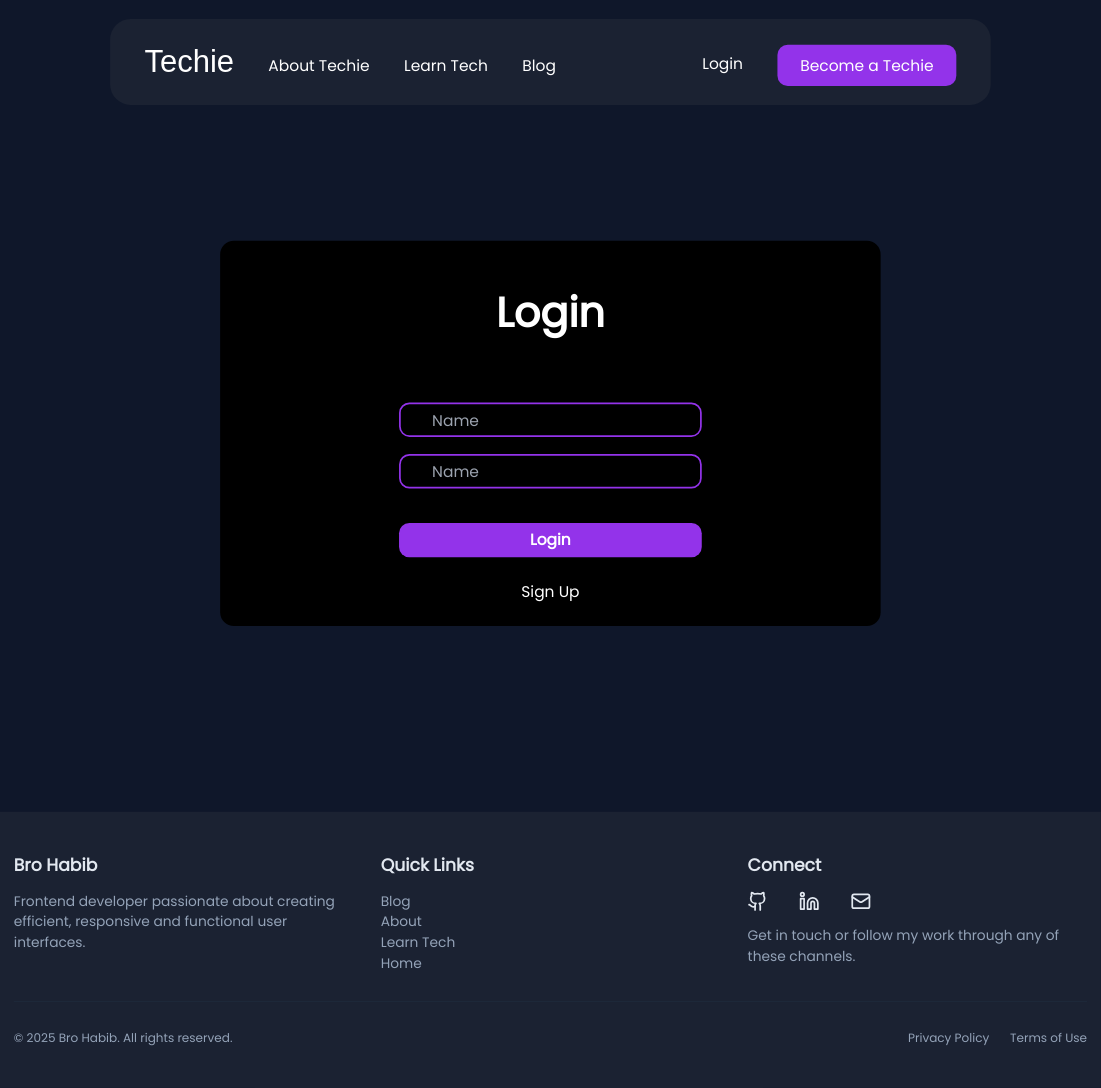
Repository: asadullah48/data-fetch
Page: /login
The author's editor kept a copy of each file at every save. The page is drawn from the files as they stood at one save, then again after the next save.
The browser window is 1280 px wide. The pictures show the whole page, at 86% of full size.
Some web fonts or font styles are not loaded; a fallback is used. The project was rebuilt for these pictures with package versions that can differ from the ones it lists, and the page was loaded fresh each time. The framework's server and built-in components were replaced by stand-ins that run in the browser. Also part of the build but not shown: next.config.mjs.

Above is the page before, as saved 2025-01-15 12:56:25.

After the next save:
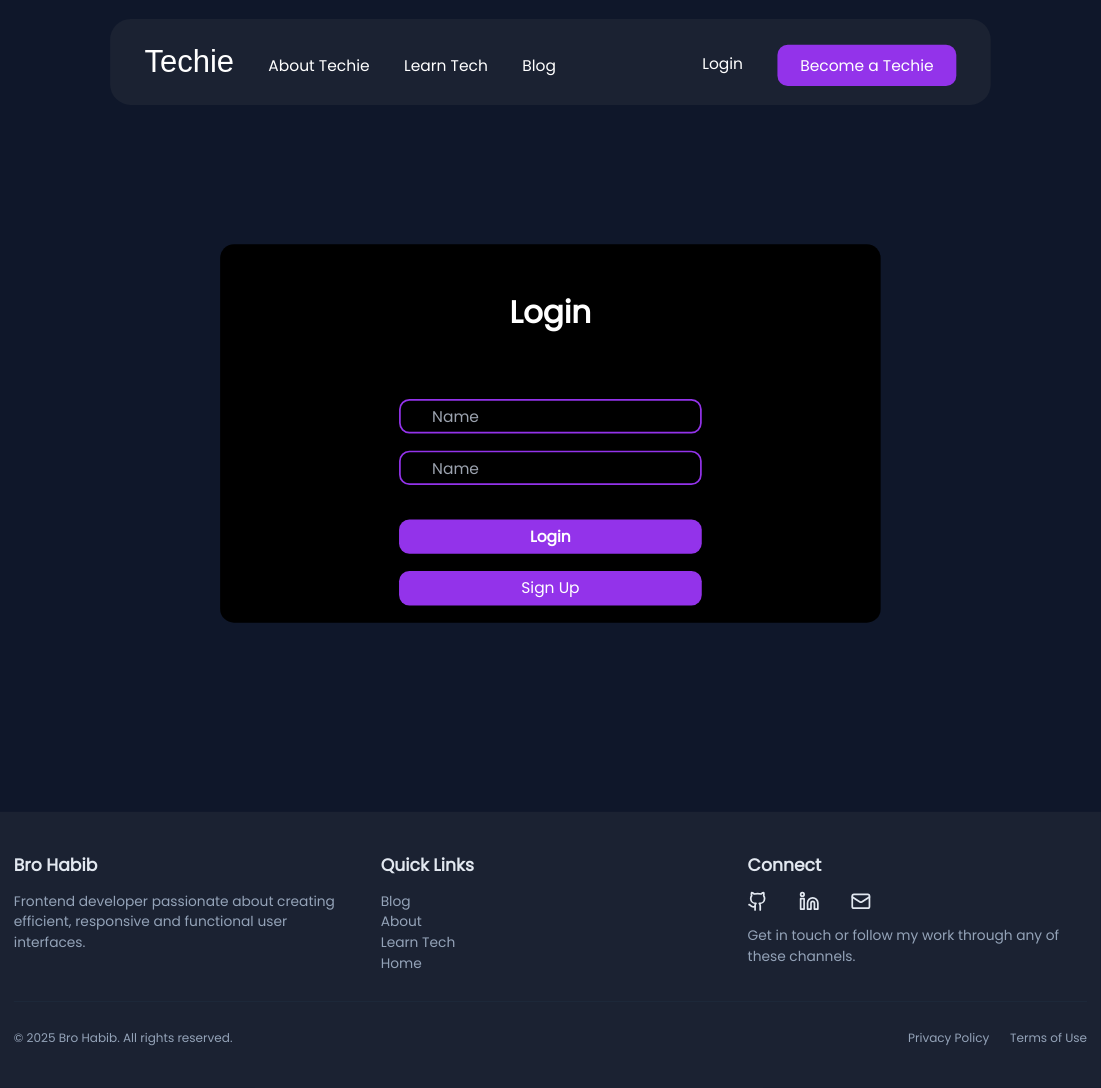
Saved 8 s later.
--- a/src/app/login/page.tsx
+++ b/src/app/login/page.tsx
@@ -6,7 +6,7 @@ export default function LoginPage() {
             <div className="flex flex-col justify-center items-center w-[300px]
             min-[600px]:w-[60%]  bg-black p-5 rounded-2xl">
 
-                <h1 className="text-5xl text-white font-extrabold mt-10 mb-20">Login</h1>
+                <h1 className="text-4xl text-white font-extrabold mt-10 mb-20">Login</h1>
                 <form className="w-full flex flex-col justify-center items-center">
                     {/* inputs */}
                     <div className="w-full flex flex-col justify-center items-center gap-5">
@@ -22,7 +22,7 @@ export default function LoginPage() {
                         </button>
 
                         <Link href={"/signup"} className="w-[90%] md:w-[352px] ">
-                            <button className="w-full  h-[40px] bg-StrongBlue text-white text-sm md:text-lg  rounded-xl">
+                            <button className="w-full  h-[40px] bg-PrimaryPurple text-white text-sm md:text-lg  rounded-xl">
                                 Sign Up
                             </button>
                         </Link>
